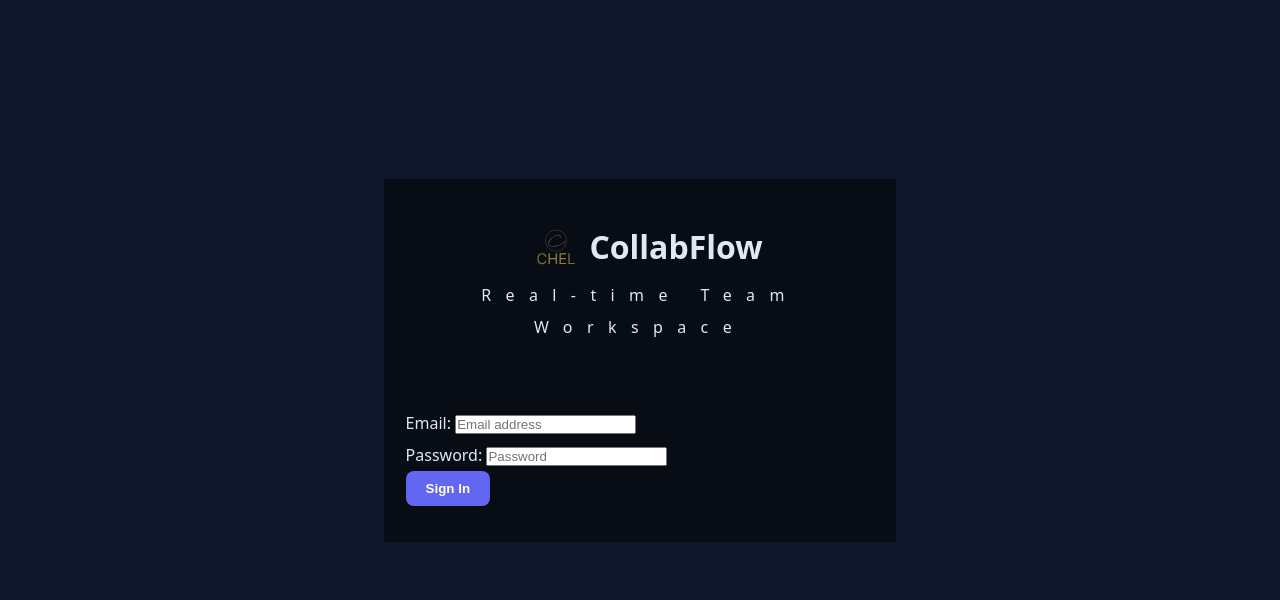
Repository: Lovethrech/collabflow
Page: /
These files come from the project's save history. The page is drawn as it stood at one moment and after the next save; the edit follows.
The browser window is 1280 px wide. The pictures show the whole page.
The project was rebuilt for these pictures with package versions that can differ from the ones it lists, and the page was loaded fresh each time. The framework's server and built-in components were replaced by stand-ins that run in the browser. Also part of the build but not shown: nuxt.config.ts.

Above is the page before, as saved 2026-05-20 19:40:44.

### app/assets/css/main.css
:root {
    --primary: #6366f1;
    --primary-dark: #4f46e5;
    --bg: #0f172a;
    --card: #1e2937;
    --card-hover: #334155;
    --text: #e2e8f0;
    --text-light: #94a3b8;
    --border: #475569;
}

* {
    margin: 0;
    padding: 0;
    box-sizing: border-box;
    outline: 0;
    text-decoration: none;
}

body {
    font-family: system-ui, -apple-system, BlinkMacSystemFont, 'Segoe UI', Roboto, sans-serif;
    background-color: var(--bg);
    color: var(--text);
    line-height: 2;
}

#app{
    min-height: 100vh;
}

.container {
    max-width: 1280px;
    margin: 0 auto;
    padding: 0 20px;
}

/* Basic button styles */
.btn {
    padding: 10px 20px;
    border: none;
    border-radius: 8px;
    font-weight: 600;
    cursor: pointer;
    transition: all 0.2s;
}

.btn-primary {
    background: var(--primary);
    color: white;
}

.btn-primary:hover {
    background: var(--primary-dark);
}

.flex-center-center{
    display: flex;
    place-items: center;
    justify-content: center;
}
.flex-row{
    display: flex;
    flex-direction: row;
}
.flex-column{
    display: flex;
    flex-direction: column;
}
.full-width-height{
    width: 100%;
    height: 100vh;
}

### app/app.vue
<script setup>
useHead({
  meta: [
    { name: 'viewport', content: 'width=device-width, initial-scale=1' }
  ],
  link: [
    { rel: 'icon', href: '/favicon.ico' }
  ],
  htmlAttrs: {
    lang: 'en'
  }
})

const title = 'Chel CollabFlow'
const description = ''

useSeoMeta({
  title,
  description,
  ogTitle: title,
  ogDescription: description,
  ogImage: 'https://ui.nuxt.com/assets/templates/nuxt/starter-light.png',
  twitterCard: 'summary_large_image'
})
</script>

<template>
  <div id="app">
      <main>
        <NuxtPage />
      </main>
  </div>
</template>

### app/pages/index.vue
<script setup>
const title = 'Auth | Chel CollabFlow'
const description = ''

useSeoMeta({
    title,
    description
})
</script>

<template>
    <div class="auth-page flex-center-center">
        <div class="auth-card">
            <div class="auth-title-ctn flex-row">
                <img src="/ChelModernLogo.svg" alt="">
                <h1>CollabFlow</h1>
            </div>
            <p class="title-desc">
                Real-time Team Workspace
            </p>
            <br/>
            <br/>
            <form @submit.prevent="">
                <div class="auth-form-label-and-input-ctn flex-c">
                    <label for="email">
                        Email:
                    </label>
                    <input
                        v-model="email"
                        type="email"
                        placeholder="Email address"
                        requires
                    />
                </div>
                <div class="auth-form-label-and-input-ctn flex-c">
                    <label for="password">
                        Password:
                    </label>
                    <input
                        v-model="password"
                        type="password"
                        placeholder="Password"
                        requires
                    />
                </div>
                <button type="submit" class="btn btn-primary" :disabled="loading">
                    {{loading? "Signing in ..." : "Sign In"}}
                </button>
            </form>
        </div>
    </div>
</template>

<style scoped>
.auth-page{
    width: 100%;
    height: 100vh;
}
.auth-card{
    background-color: #0000007e;
    width: 40%;
    padding: 5vh 3vh;
}
.auth-title-ctn{
    justify-content: center;
}
.title-desc{
    text-align: center;
    letter-spacing: 2vh;
}
.auth-title-ctn img{
    width: 10vh;
}
.auth-form-label-and-input-ctn flex-c{

}
</style>

After the next save:
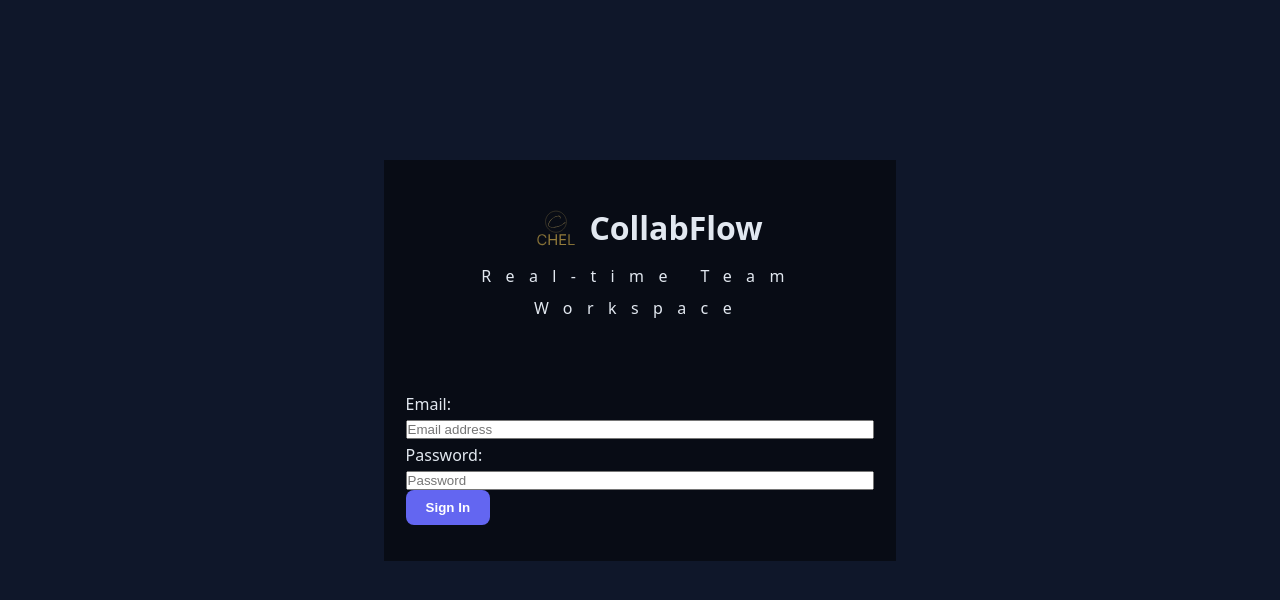
Saved 4 s later.
--- a/app/pages/index.vue
+++ b/app/pages/index.vue
@@ -21,7 +21,7 @@
             <br/>
             <br/>
             <form @submit.prevent="">
-                <div class="auth-form-label-and-input-ctn flex-c">
+                <div class="auth-form-label-and-input-ctn flex-column">
                     <label for="email">
                         Email:
                     </label>
@@ -32,7 +32,7 @@
                         requires
                     />
                 </div>
-                <div class="auth-form-label-and-input-ctn flex-c">
+                <div class="auth-form-label-and-input-ctn flex-column">
                     <label for="password">
                         Password:
                     </label>
@@ -71,7 +71,7 @@
 .auth-title-ctn img{
     width: 10vh;
 }
-.auth-form-label-and-input-ctn flex-c{
+.auth-form-label-and-input-ctn flex-column{
 
 }
 </style>
